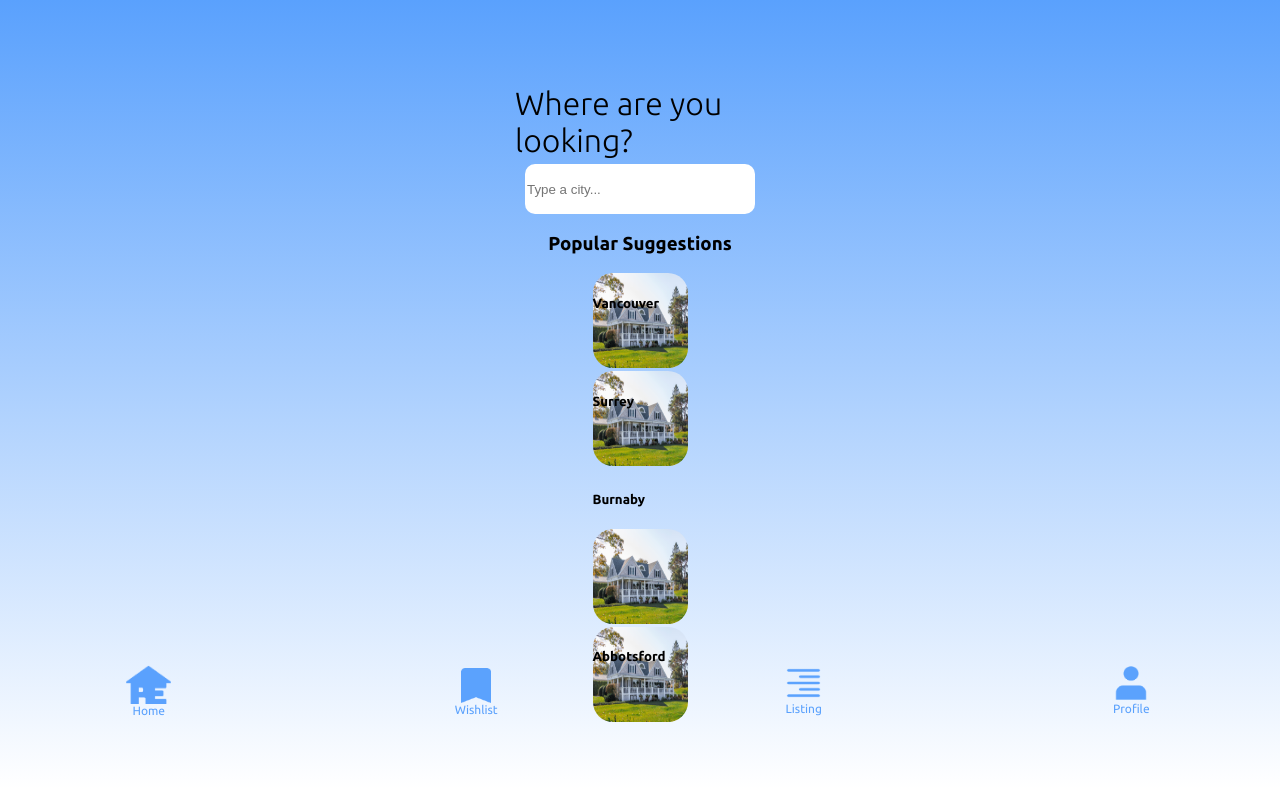
Repository: msyukurrr/realeasy
Page: /listing
These files come from the project's save history. The page is drawn as it stood at one moment and after the next save; the edit follows.
The browser window is 1280 px wide. The pictures show the whole page.
The project was rebuilt for these pictures with package versions that can differ from the ones it lists, and the page was loaded fresh each time. The framework's server and built-in components were replaced by stand-ins that run in the browser. Also part of the build but not shown: next.config.js, components/Button.js.

Above is the page before, as saved 2023-01-27 20:29:30.

After the next save:
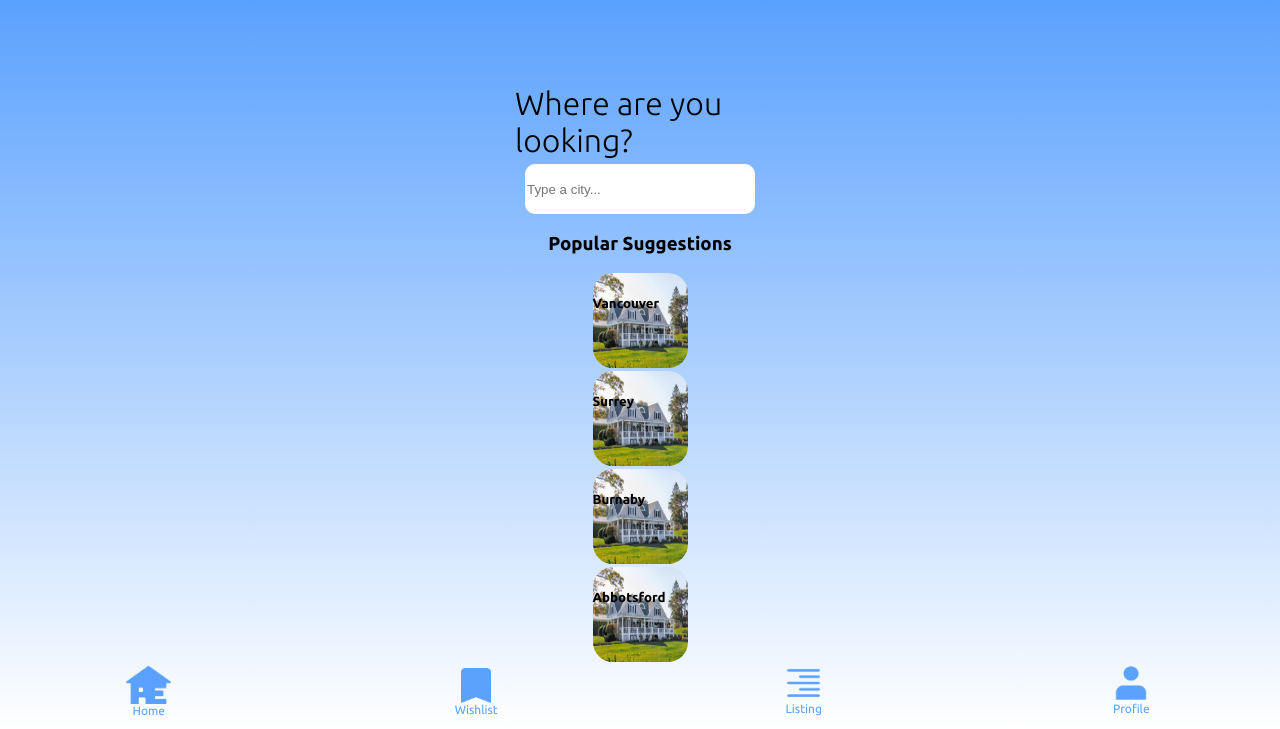
Saved 5 s later.
--- a/pages/listing.js
+++ b/pages/listing.js
@@ -31,7 +31,7 @@ export default function Listing({
         </div>
 
         <div>
-            <h5>Burnaby</h5>
+            <h5 style={{display:'flex', position:'absolute'}}>Burnaby</h5>
             <img src="house.png" style={{width:95, height:95, borderRadius:20}}/>
 
         </div>
